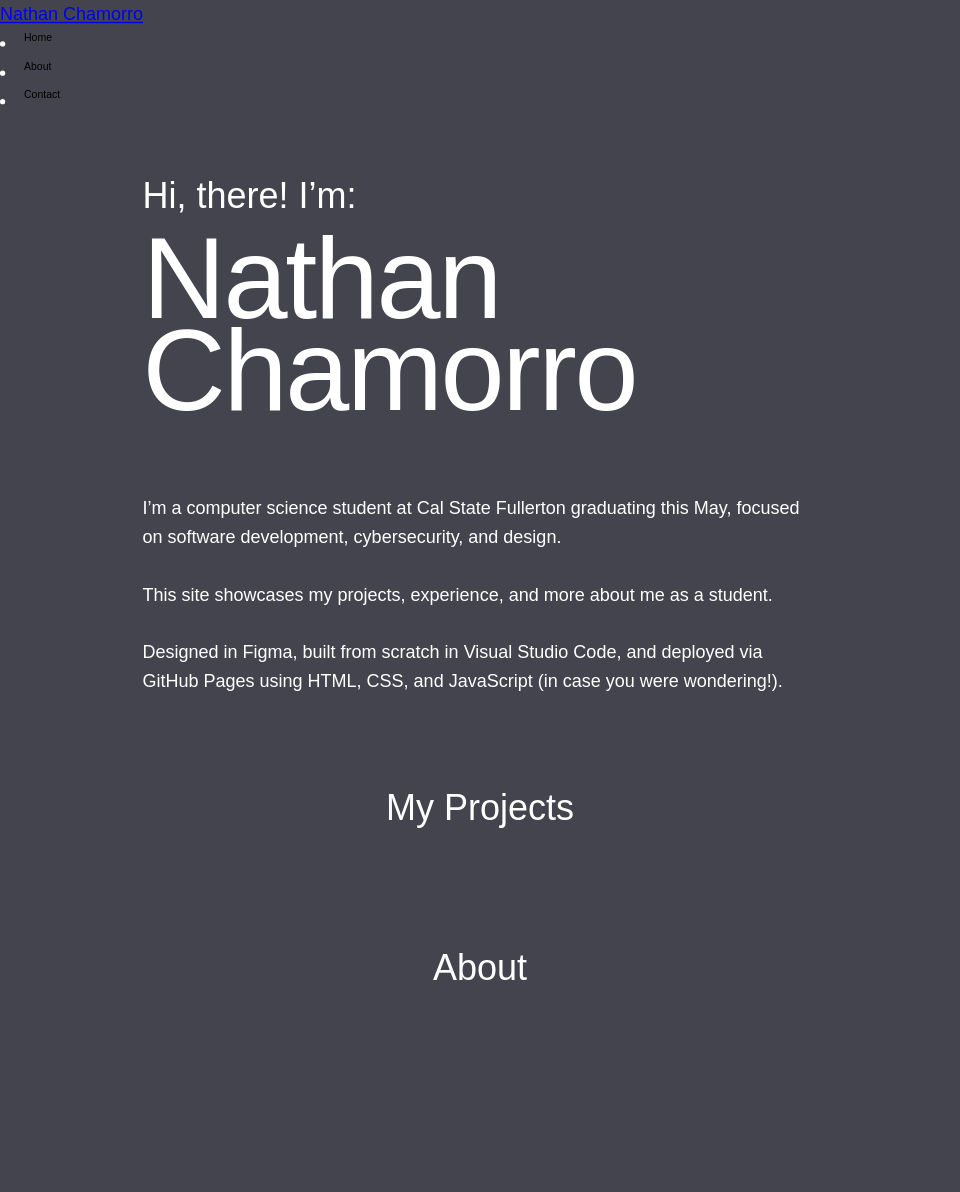
Repository: nathanchamorro1/nathanchamorro1.github.io
Page: index.html
These files come from the project's save history. The page is drawn as it stood at one moment and after the next save; the edit follows.
The browser window is 1280 px wide. The pictures show the whole page, at 75% of full size.
Some web fonts or font styles are not loaded; a fallback is used.

Above is the page before, as saved 2026-02-17 17:28:26.

### index.html
<!DOCTYPE html>
<html lang="en">

<head>
<meta charset="UTF-8">
<meta name="viewport" content = "width=device-width,initial-scale=1">
<title>Nathan Chamorro's Portfolio</title>
<link rel = "icon" type = "image/x-icon" href = "/assets/snoopy-favicon.ico">
<link rel="stylesheet" href="https://use.typekit.net/lhh1weh.css">
<link rel="stylesheet" href="css/style.css">
</head>

<div class="layout">
  <nav class="sidebar">
    <a href="#home" class="nav-logo">Nathan Chamorro</a>
      <li><a href="#home" class="nav-link">Home</a></li>
            <li><a href="#about" class="nav-link">About</a></li>
      <li><a href="#contact" class="nav-link">Contact</a></li>
      </nav>

  <main class="content">
    <div class="content-wrapper">
  <section class="hero">
    <h2 class="reveal">Hi, there! I’m:</h2>
    <h1 class="reveal">Nathan Chamorro</h1>
  </section>
      <p class="reveal">
        <br>I’m a computer science student at Cal State Fullerton graduating this May, focused on software development, cybersecurity, and design. <br>
        <br>This site showcases my projects, experience, and more about me as a student.<br>
        <br>Designed in Figma, built from scratch in Visual Studio Code, and deployed via GitHub Pages using HTML, CSS, and JavaScript (in case you were wondering!). <br>
      </p>
    </section>

        <section id="projects" class="content-wrapper">
      <h3 class="reveal">My Projects</h3>
    </section>

    <section id="about" class="content-wrapper">
      <h3 class="reveal">About</h3>
    </section>

    <section id="contact" class="content-wrapper">
      <h3 class="reveal">Contact</h3>
    </section>
  </main>
</div>
<script src = "js/script.js"></script>

### css/style.css
body {
  background-color: #44444E;
  color: white;
  margin: 0;
  font-family: museo-sans, sans-serif;
  font-weight: 300;
  font-style: normal;
  font-variation-settings: "slnt" 0, "wght" 400;
  line-height: 1.6;
  font-size: 1.5rem;
}

.content-wrapper {
  max-width: 900px;
  margin: 0 auto;
  padding: 0 40px;
  padding-top: 0;
  display: flex;
  flex-direction: column;
  gap: 40px;
}

.hero {
    min-height: auto;
    display: flex;
    align-items: flex-start;
    flex-direction: column;
    justify-content: flex-start;
    padding-top: 30px;
    padding-bottom: 0;
    text-align: left;
}

h1 {
    color: white;
    font-family: "instrument-serif", sans-serif;
    font-size: clamp(4.5rem, 12vw, 14rem);
    font-weight: 400;
    font-variation-settings: "wght" 400;
    line-height: 0.8;
    margin: 0;
    letter-spacing: -0.02em;
}

h2 {
    color: white;
    font-family: "instrument-serif", sans-serif;
    font-weight: 400;
    font-variation-settings: "wght" 400;
    font-size: 3rem;
    opacity: 0.8;
    margin-bottom: 10px;
}

h3 {
    color: white;
    font-family: "instrument-serif", sans-serif;
    font-weight: 400;
    font-variation-settings: "wght" 400;
    font-size: 3rem;
    opacity: 0.8;
}

.reveal {
    opacity: 0;
    transform: translateY(20px);
    transition: opacity 0.7s ease, transform 0.7s ease;
}

.reveal-visible {
    opacity: 1;
    transform: translateY(0);
}

.navbar {
    position: fixed;
    top: 0;
    width: 100%;
    background: white;
    box-shadow: 0 2px 10px rgba(0,0,0,0.05);
    z-index: 1000;
}

.nav-container {
    max-width: 1000px;
    margin: 0 auto;
    display: flex;
    justify-content: space-between;
    align-items: flex-start;
    padding: 15px 20px;
    position: fixed;
}

.nav-menu {
    list-style: none;
    display: flex;
    gap: 25px;
    margin: 0;
    padding: 0;
    position: fixed;
}

.nav-link {
    text-decoration: none;
    color: black;
    font-size: 14px;
    position: relative;
    position: fixed;
}

.nav-link:hover {
    opacity: 0.6;
}

### js/script.js
const reveals = document.querySelectorAll(".reveal");

function revealOnScroll() {
  const windowHeight = window.innerHeight;

  reveals.forEach(el => {
    const elementTop = el.getBoundingClientRect().top;

    if (elementTop < windowHeight - 200) {
      el.classList.add("reveal-visible");
    }
  });
}

window.addEventListener("scroll", revealOnScroll);
revealOnScroll();

After the next save:
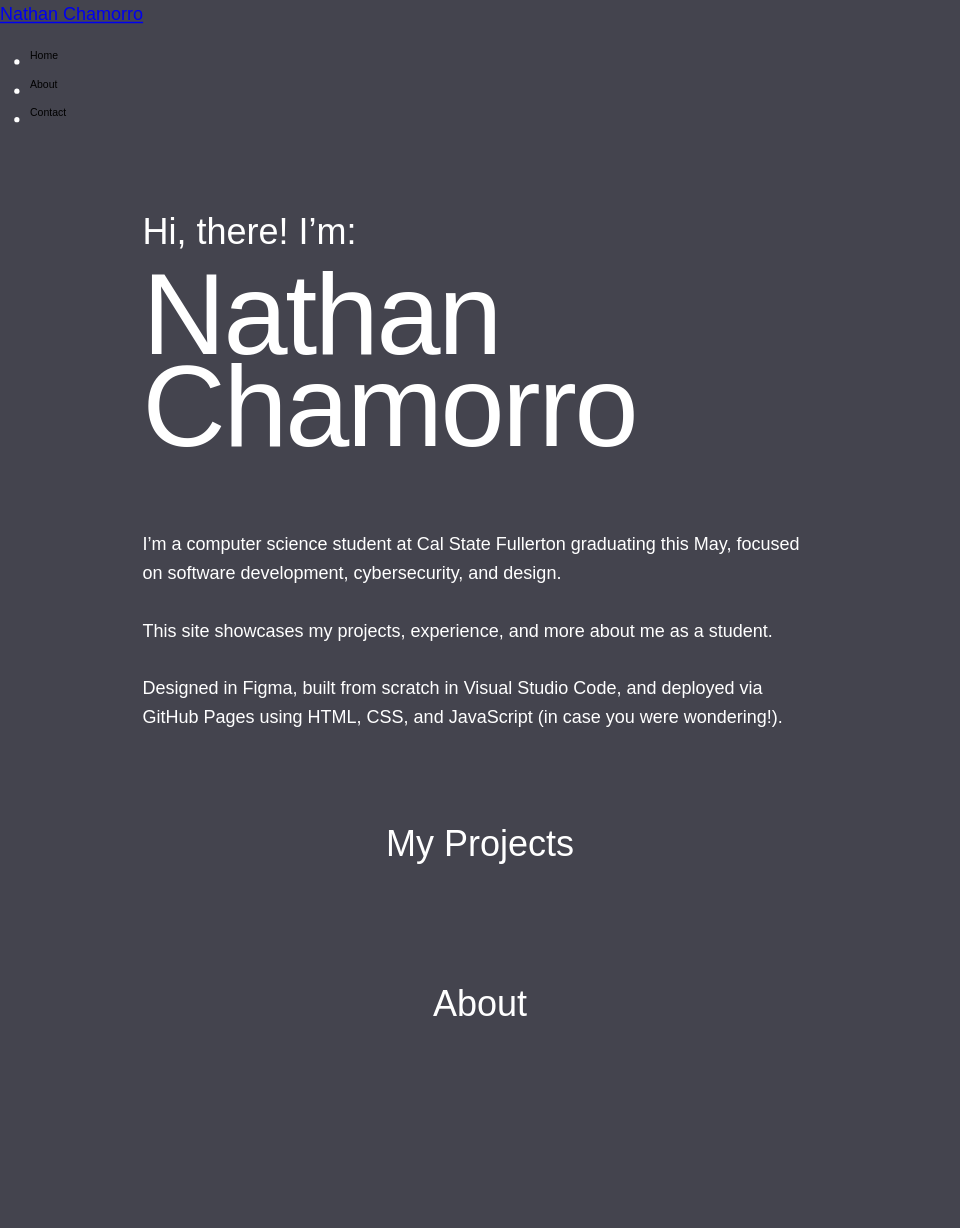
Saved 6 min 37 s later.
--- a/index.html
+++ b/index.html
@@ -9,13 +9,16 @@
 <link rel="stylesheet" href="https://use.typekit.net/lhh1weh.css">
 <link rel="stylesheet" href="css/style.css">
 </head>
+<body>
 
 <div class="layout">
   <nav class="sidebar">
     <a href="#home" class="nav-logo">Nathan Chamorro</a>
+    <ul>
       <li><a href="#home" class="nav-link">Home</a></li>
-            <li><a href="#about" class="nav-link">About</a></li>
+      <li><a href="#about" class="nav-link">About</a></li>
       <li><a href="#contact" class="nav-link">Contact</a></li>
+      </ul>
       </nav>
 
   <main class="content">
